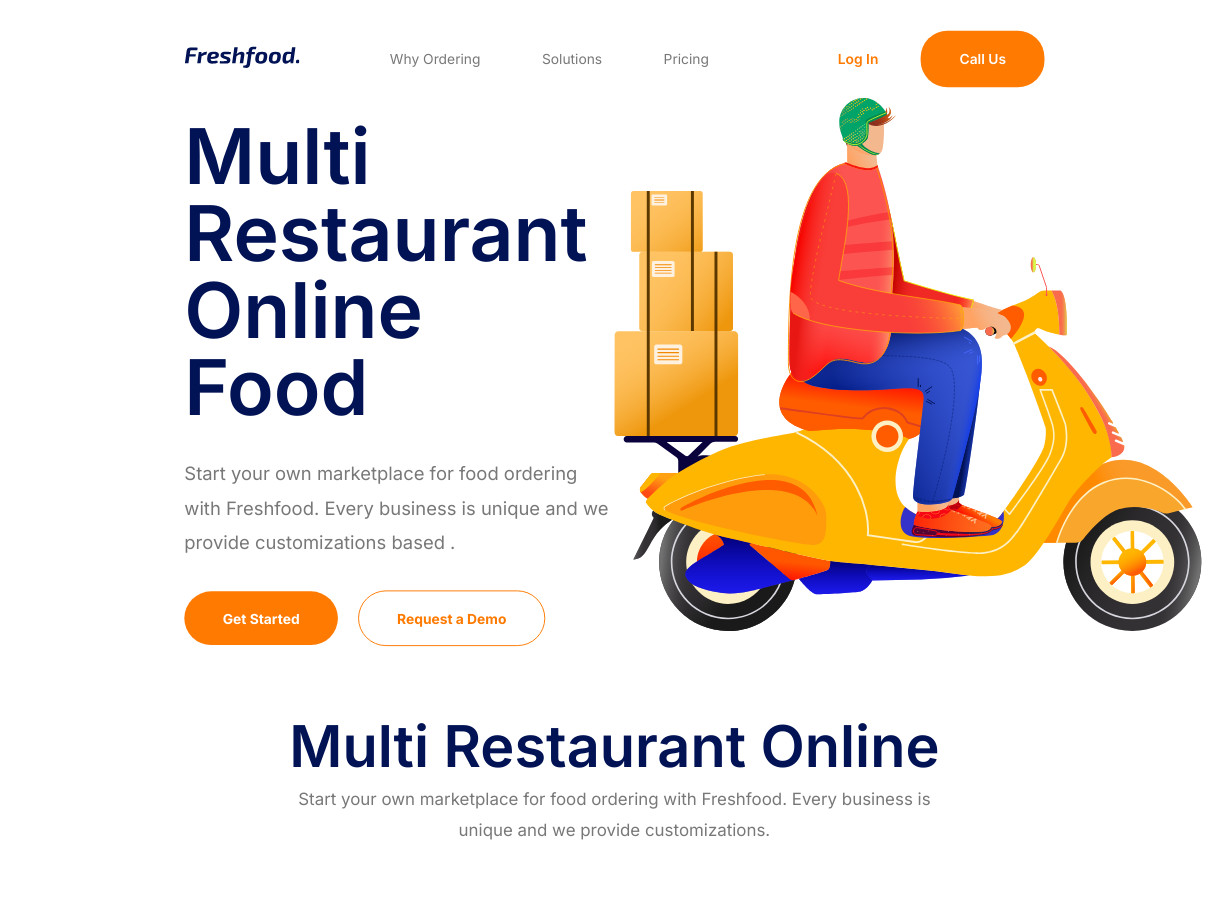
Repository: badhon252/FreshFood
Page: index.html
The author's editor kept a copy of each file at every save. The page is drawn from the files as they stood at one save, then again after the next save.
The browser window is 1280 px wide. The pictures show the whole page, at 96% of full size.
The style sheet was rebuilt from its Sass, Less or Tailwind sources for each picture, by a compiler version that may differ from the author's.

Above is the page before, as saved 2022-09-06 00:43:01.

After the next save:
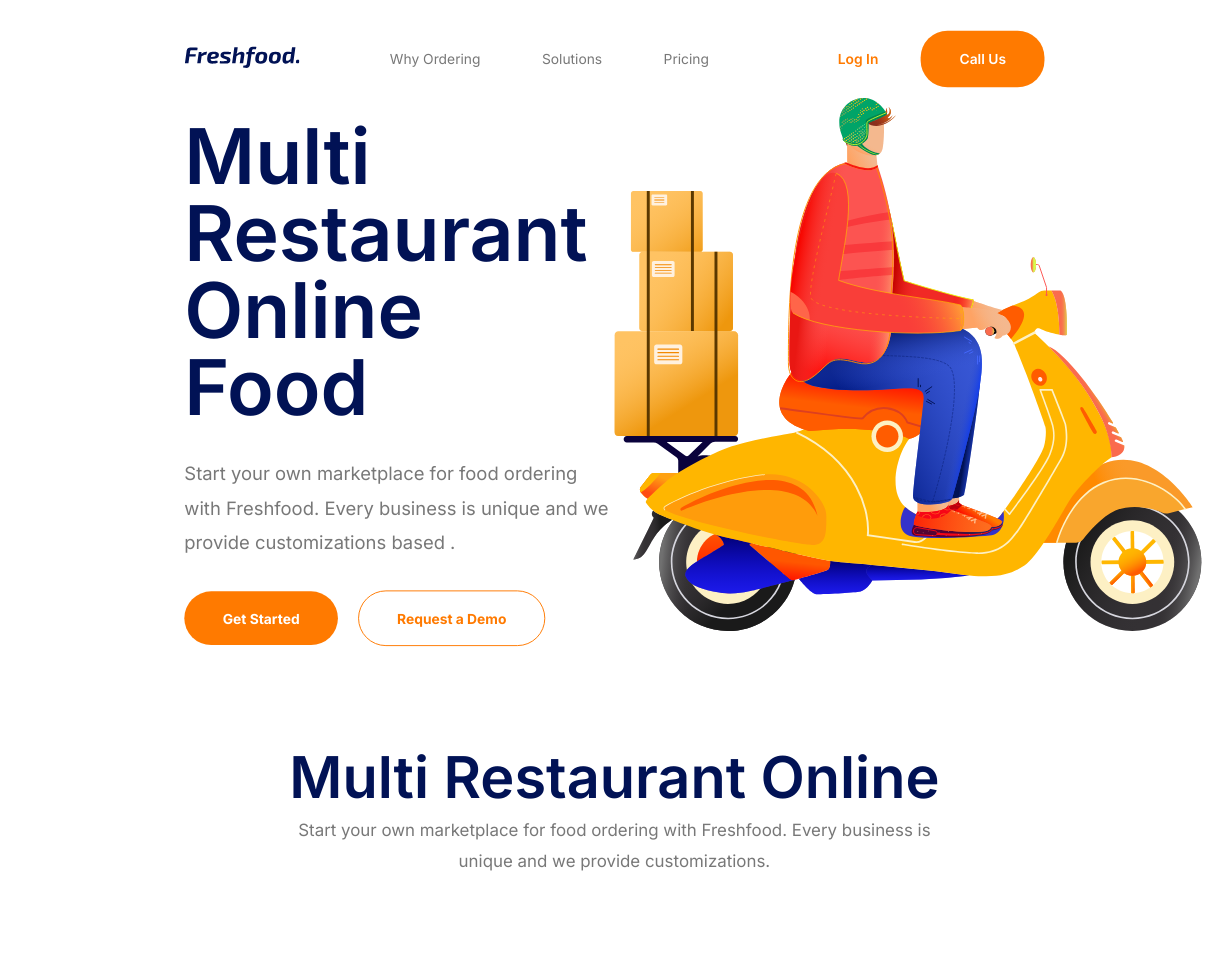
Saved 11 s later.
--- a/scss/style.scss
+++ b/scss/style.scss
@@ -106,7 +106,7 @@
 }
 
 .second-section {
-  padding: 2rem 0;
+  padding: 4rem 0;
   text-align: center;
   p {
     font-size: 1.1rem;
